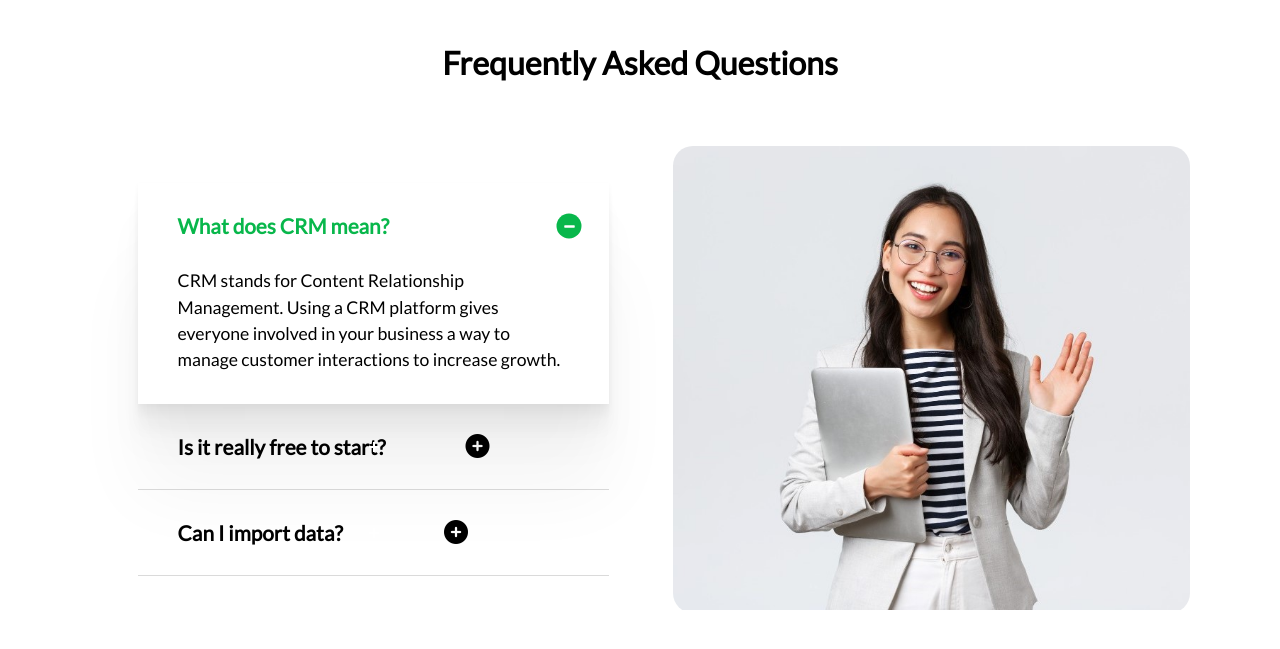
Repository: emiliaiwu/faq_component
Page: index.html
An editor plug-in stored every save of this project. The page is shown before and after a run of saves, followed by the edit.
The browser window is 1280 px wide. The pictures show the whole page.
Some icons come from a web library that is not loaded, so they are not drawn. Some web libraries are served in a nearby version.

Above is the page before, as saved 2022-12-13 20:50:10.

### index.html
<!DOCTYPE html>
<html lang="en">
<head>
    <meta charset="UTF-8">
    <meta http-equiv="X-UA-Compatible" content="IE=edge">
    <meta name="viewport" content="width=device-width, initial-scale=1.0">
    <link rel="stylesheet" href="style.css">
    <script src="https://kit.fontawesome.com/fd9c36575f.js" crossorigin="anonymous"></script>
    <title>FAQ Component</title>
</head>
<body>
        <h2>Frequently Asked Questions</h2>
        <article class="faq_component">
            <div class="faq_container">
                <div class="faq_content active">
                    <div class="faq_header">
                        <h3>What does CRM mean?</h3>

                        <div class="toggle-parent">
                             <div class="toggle">
                            <!-- <i class="fa-solid fa-circle-plus"></i> -->
                                <i class="fa-solid fa-circle-minus"></i>
                            </div>
                        </div>


                    </div>
                    <div class="content_wrap">
                        <p class="content hidden">
                            CRM stands for Content Relationship Management. Using a CRM platform gives everyone involved in your business a way to manage customer interactions to increase growth.
                        </p>
                    </div>
                </div>

                <div class="faq_content">
                    <div class="faq_header">
                        <h3>Is it really free to start?</h3>
                        <i class="fa-solid fa-circle-plus"></i>
                        <i class="fa-solid fa-circle-minus"></i>
                    </div>
                    <div class="content_wrap">
                        <p class="content">
                            Yes! You can opt to stay within the free tier for as long as you want to. It’s a great way to get a feel for the platform before deciding to upgrade to take advantage of the more advanced features.
                        </p>
                    </div>
                </div>

                <div class="faq_content">
                    <div class="faq_header">
                        <h3>Can I import data?</h3>
                        <i class="fa-solid fa-circle-plus"></i>
                        <i class="fa-solid fa-circle-minus"></i>
                    </div>
                    <div class="content_wrap">
                         <p class="content">
                            Yes! Getting your existing data in is easy. Simply export your existing customers to a .csv file and import them within a couple of clicks.
                        </p>
                    </div>
                </div>
            </div>
            <div class="faq_image">
                <img src="img/meeting.jpg" alt="">
            </div>
        </article>
 <script src="script.js"></script>
</body>
</html>

### style.css
@import url('https://fonts.googleapis.com/css2?family=Lato:wght@300;400&display=swap');

* {
    margin: 0;
    padding: 0;
    box-sizing: border-box;
}

body {
    font-family: 'Lato', sans-serif;
    max-width: 100vw;
    min-height: 100vh;
    flex-direction: column;

}

body,
.faq_component,
.faq_container {
    display: flex;
    align-items: center;
    justify-content: center;

}


/* TYPOGRAPHY */
h2 {
    text-align: center;
    font-size: 2rem;
    font-family: inherit;

}

h3 {
    font-size: 1.3rem;
    font-family: inherit;
}

p {
    font-size: 1.1rem;
    font-family: inherit;
    height: 100%;
    line-height: 1.5;
}


/* TOGGLE */

.fa-solid {
    font-size: 1.5rem;
}

/* MAIN BODY */
.faq_component {
    width: 100%;
    padding: 4rem 7vw;
    gap: 1rem;
}

.faq_image {
    width: 100%;
    border-radius: 20px;
    overflow: hidden;
}

img {
    width: 100%;
    height: auto;
}

.faq_container {
    width: 100%;
    padding: 0 3rem;
    flex-direction: column;
    z-index: 1000;
}

.faq_header {
    display: flex;
    align-items: center;
    justify-content: space-between;
    padding: 30px 0px 30px 0;
    gap: 2rem;
    position: relative;
}

.faq_content {
    padding: 0 40px;
    border-bottom: 1px solid rgba(0, 0, 0, 0.146);
    cursor: pointer;
    overflow: hidden;
}

.content_wrap {
    padding: 0 0 0px;
    visibility: hidden;
    max-height: 0px;
    transition: all .5s ease;


}

.toggle-parent {
    position: relative;
}

 .toggle {
    position: absolute;
    width: 25px;
    height: 25px;
    border-radius: 25px;
    background-color: black;
    top: 50%;
    left: 50%;
    transform: translate(-50%, -50%);
}


.faq_content .fa-circle-minus::before {
    content: '';
    position: absolute;
    background-color: rgb(255, 255, 255);
    width: 10px;
    height: 2px;
    margin-left: auto;
    margin-right: auto;
    top: 50%;
    left: 0;
    right: 0;
    transition: transform .45s cubic-bezier(.3,.4,.2,1),
        background-color .15s ease;
}

.faq_content .fa-circle-minus::after {
    content: '';
    position: absolute;
    transform: rotate(90deg);
    background-color: rgb(255, 255, 255);
    width: 10px;
    height: 2px;
    margin-left: auto;
    margin-right: auto;
    top: 50%;
    left: 0;
    right: 0;
    transition: transform .45s cubic-bezier(.3,.4,.2,1),
        background-color .15s ease;
}




/* ACTIVE CLASSES */

.faq_content.active {
    border: none;
    box-shadow: 0 90px 70px 0 rgb(0 0 0 / 4%),
        0 40px 35px 0 rgb(0 0 0 / 3%),
        0 25px 15px 0 rgb(0 0 0 / 3%),
        0 11px 7px 0 rgb(0 0 0 / 3%),
        0 2px 5px 0 rgb(0 0 0 / 3%);
}

.faq_content.active .faq_header {
    color:rgb(8, 183, 75);
}

.faq_content.active .fa-circle-plus {
    transform: rotate(45deg);
    transition: transform .45s cubic-bezier(.3,.4,.2,1),
        background-color .15s ease;
    display: none;
}

.faq_content.active .toggle {
    background-color: rgb(8, 183, 75);;
}


.faq_content.active .fa-circle-minus::after {
    background-color: #fff;
    transform: rotate(180deg);
    transition: transform .45s cubic-bezier(.3,.4,.2,1),
        background-color .15s ease;
}


.faq_content.active .content_wrap {
    padding: 0 0 30px;
    visibility: visible;
    max-height: 150px;

}



@media only screen and (max-width: 1000px) {
    .faq_component {
        flex-direction: column;
        gap: 3rem;
        padding: 4rem 7vw;
    }

    h2 {
        margin-top: 3rem;
    }

    .faq_container {
        padding: 0;
    }

    .faq_content.active .content_wrap {
        max-height: 300px;
        padding: 0 0 30px;
    }
}

### script.js
'use strict';
const faqContent = document.querySelectorAll('.faq_content');


faqContent.forEach((faq) => {
    faq.addEventListener('click', function () {
        faq.classList.toggle('active');

    });
})

After the next 4 saves:
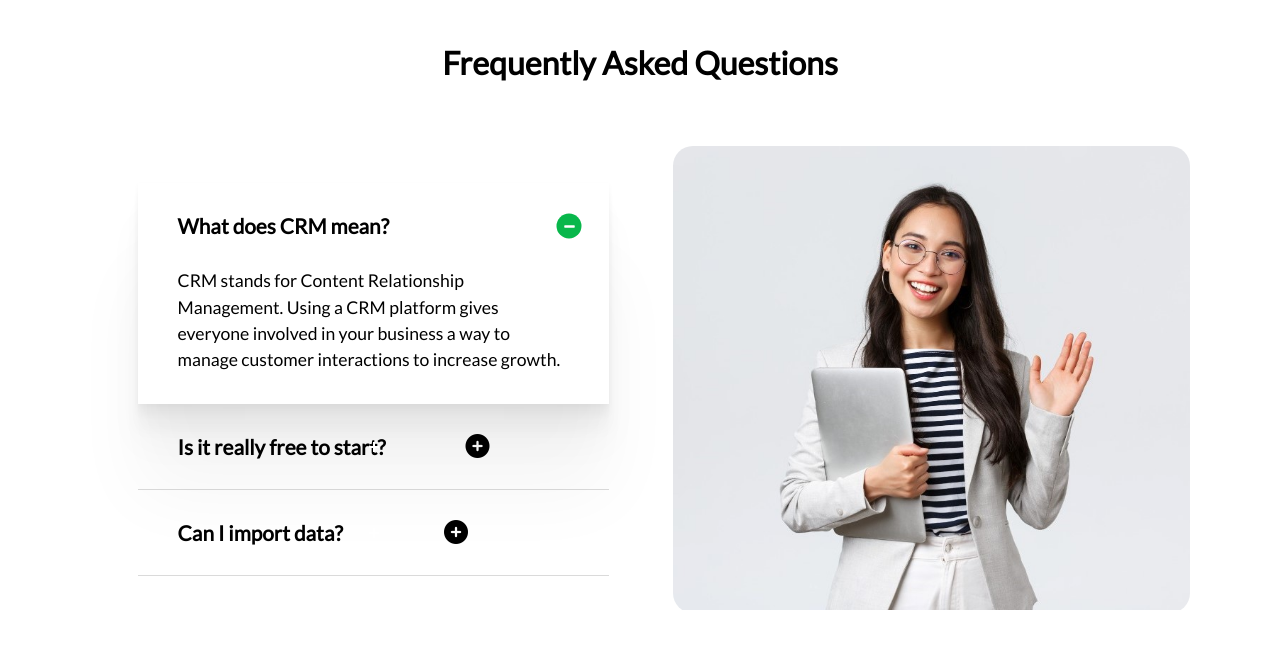
The 4 saves are shown as one change because they came seconds apart.
The last was saved 35 s later.
--- a/style.css
+++ b/style.css
@@ -162,7 +162,7 @@
         0 2px 5px 0 rgb(0 0 0 / 3%);
 }
 
-.faq_content.active .faq_header {
+ {
     color:rgb(8, 183, 75);
 }
 

After the save that followed:
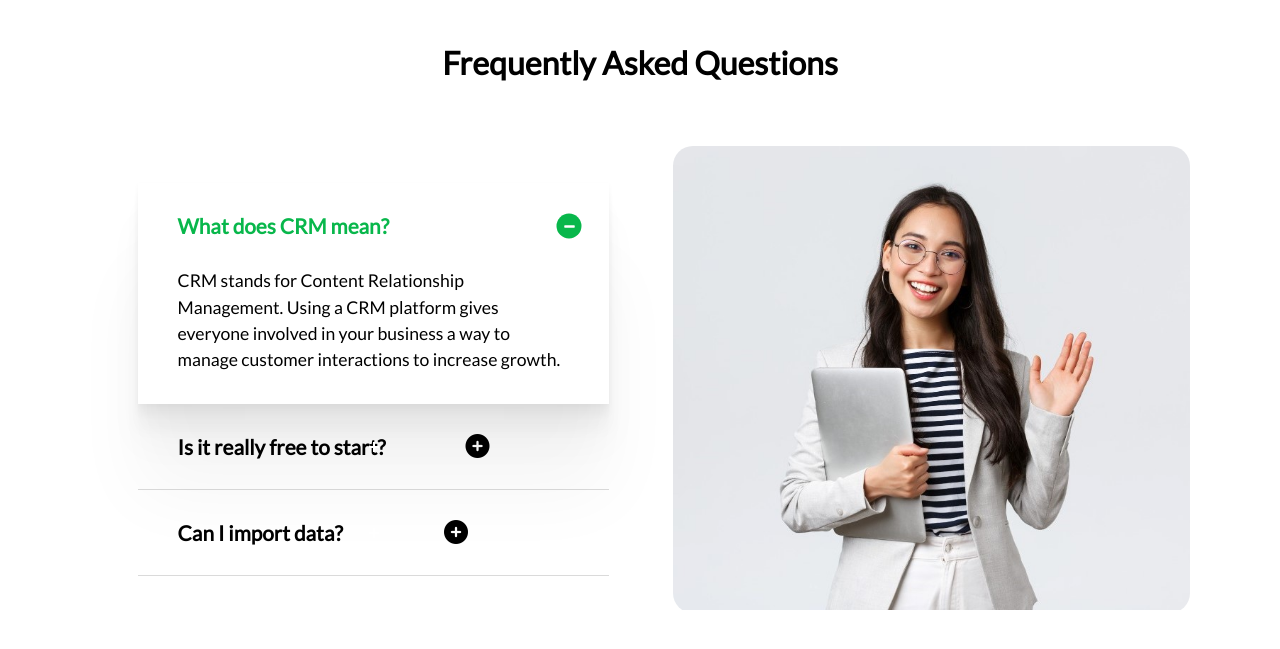
Saved 6 s later.
--- a/style.css
+++ b/style.css
@@ -162,7 +162,7 @@
         0 2px 5px 0 rgb(0 0 0 / 3%);
 }
 
- {
+.faq_content.active .faq_header {
     color:rgb(8, 183, 75);
 }
 
